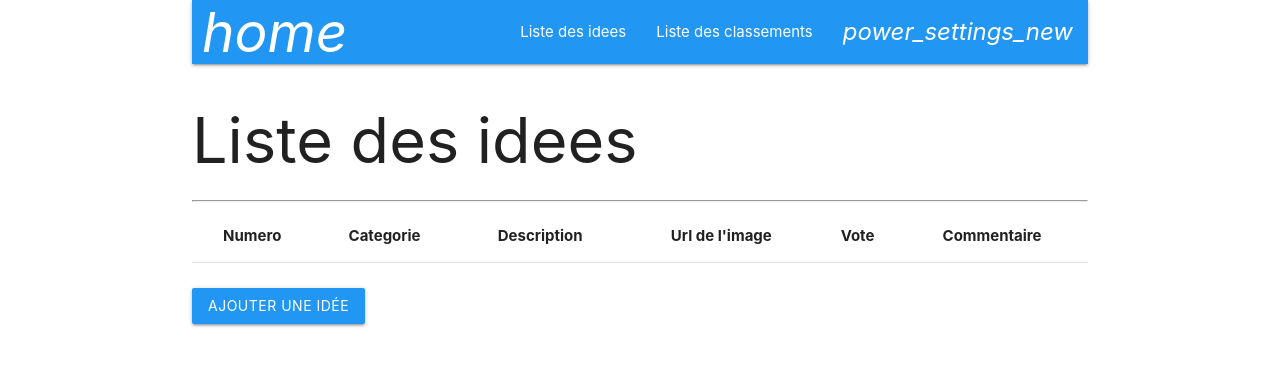
Repository: thdal/Atelier_JEE_16_02
Page: http://localhost/Atelier_JEE_16_02/WEB-INF/pages/IdeeInnovante/ListIdee.jsp
The author's editor kept a copy of each file at every save. The page is drawn from the files as they stood at one save, then again after the next save.
The browser window is 1280 px wide. The pictures show the whole page.
The page is served by Tomcat 9. Nobody is signed in. Other server files are loaded and not shown. The template is opened directly, without the code that normally fills it, so the values that code supplies are empty.

Above is the page before, as saved 2021-02-27 14:07:48.

### Atelier_JEE_16_02/src/main/webapp/WEB-INF/pages/IdeeInnovante/ListIdee.jsp
<%@ page language="java" contentType="text/html; charset=ISO-8859-1" pageEncoding="ISO-8859-1"%>
 <%@ taglib prefix="c" uri="http://java.sun.com/jsp/jstl/core" %>
 <%@ taglib prefix="fmt" uri="http://java.sun.com/jsp/jstl/fmt" %>
<!DOCTYPE html>
<html>
<head>
<meta charset="ISO-8859-1">
<title>Liste des idees</title>
</head>
<body>
<div class="container">
<%@include file="../commons/MenuNavBar.jsp" %>
<h1>Liste des idees</h1>
<hr>
<table class="centered">
   <thead>
       <tr>
           <th>Numero</th>
           <th>Categorie</th>
           <th>Description</th>
           <th>Url de l'image</th>
           <th>Vote</th>
           <th>Commentaire</th>

       </tr>
   </thead>
   <tbody>
    <c:forEach items="${IdeesList}" var="i" varStatus="loop">
	    <tr>
	    	<td><c:out value="${loop.index + 1}"/>
	        <td><c:out value="${i.categorie}"/></td>
	        <td><c:out value="${i.description}"/></td>
	        <td><img style="max-width: 200px; max-height:200px" src="${i.image}"/></td>
	        <td>
	        <!-- Ici débute notre grousse boucle d'affichage des votes  -->
	        <!-- Premier contrôle si notre liste de vote est null  -->
	        <c:if test="${empty i.vote }">
	        							<!-- Un utilisateur ne peut pas voter pour sa propre idée + controle date moins 7 jours après création de l'idée -->
	        							<!-- Sinon affichage des boutons top et flop pour voter : otherwise -->
										<c:choose>
										    <c:when test="${i.user.id eq sessionScope.SessionID || dateIdee.time  > dateIdee.time + 86400000 * 7 }">
										       <form style="display:inline;" action="idees?action=vote" method="post">
									        		<input type="hidden" name="ideeId" value="${i.id}"/>
													<input type="hidden" name="vote" value="1"/>
													<button style="cursor:pointer" class="btn waves-effect waves-light disabled" type="submit" name="action">Top
													    <i class="material-icons right">thumb_up</i>
													 </button>
												</form>
												<form style="display:inline;" action="idees?action=vote" method="post">
									        		<input type="hidden" name="ideeId" value="${i.id}"/>
													<input type="hidden" name="vote" value="2"/>
													<button style="cursor:pointer" class="btn waves-effect waves-light disabled" type="submit" name="action">Flop
													    <i class="material-icons right">thumb_down</i>
													</button>
												</form>
										    </c:when>
										    <c:otherwise>
										        <form style="display:inline;" action="idees?action=vote" method="post">
									        		<input type="hidden" name="ideeId" value="${i.id}"/>
													<input type="hidden" name="vote" value="1"/>
													<button style="cursor:pointer" class="btn waves-effect waves-light blue" type="submit" name="action">Top
													    <i class="material-icons right">thumb_up</i>
													 </button>
												</form>
												<form style="display:inline;" action="idees?action=vote" method="post">
									        		<input type="hidden" name="ideeId" value="${i.id}"/>
													<input type="hidden" name="vote" value="2"/>
													<button style="cursor:pointer" class="btn waves-effect waves-light blue" type="submit" name="action">Flop
													    <i class="material-icons right">thumb_down</i>
													</button>
												</form>
										    </c:otherwise>
										</c:choose>
									</c:if>
			<!-- notre idée a bien des votes enregistrés on fait nos contrôle -->
			<c:if test="${!empty i.vote }">
									<!-- L'utilisateur a déjà voté pour cette idée : affichage du set -->
									<c:forEach items="${i.vote}" var="v" varStatus="loop">
											  <c:if test="${v.idee.id == i.id || dateIdee.time > dateIdee.time + 86400000 * 7 }">
													<c:if test="${v.user.id eq sessionScope.SessionID}">
														<c:set var="found" value="1" />
														<c:choose>
														    <c:when test="${v.labelVote == 1 }">
														        <button style="cursor:pointer" class="btn waves-effect waves-light blue disabled" type="submit" name="action">Top
															    <i class="material-icons right">thumb_up</i>
															 </button>
														    </c:when>
														    <c:otherwise>
														        <button style="cursor:pointer" class="btn waves-effect waves-light blue disabled" type="submit" name="action">Flop
																    <i class="material-icons right">thumb_down</i>
																</button>
														    </c:otherwise>
														</c:choose>
													</c:if>
												</c:if>
									 </c:forEach>
									<!-- Notre utilisateur n'a pas voté pour cette question :  -->
									<c:if test="${found ne 1}">
										<!-- Un utilisateur ne peut pas voter pour sa propre idée + controle date moins 7 jours après création de l'idée -->
										<!-- Sinon affichage des boutons top et flop pour voter : otherwise -->
										<c:choose>
											    <c:when test="${i.user.id eq sessionScope.SessionID || dateIdee.time > dateIdee.time + 86400000 * 7 }">
											       <form style="display:inline;" action="idees?action=vote" method="post">
										        		<input type="hidden" name="ideeId" value="${i.id}"/>
														<input type="hidden" name="vote" value="1"/>
														<button style="cursor:pointer" class="btn waves-effect waves-light disabled" type="submit" name="action">Top
														    <i class="material-icons right">thumb_up</i>
														 </button>
													</form>
													<form style="display:inline;" action="idees?action=vote" method="post">
										        		<input type="hidden" name="ideeId" value="${i.id}"/>
														<input type="hidden" name="vote" value="2"/>
														<button style="cursor:pointer" class="btn waves-effect waves-light disabled" type="submit" name="action">Flop
														    <i class="material-icons right">thumb_down</i>
														</button>
													</form>
											    </c:when>
											    <c:otherwise>
											        <form style="display:inline;" action="idees?action=vote" method="post">
										        		<input type="hidden" name="ideeId" value="${i.id}"/>
														<input type="hidden" name="vote" value="1"/>
														<button style="cursor:pointer" class="btn waves-effect waves-light blue" type="submit" name="action">Top
														    <i class="material-icons right">thumb_up</i>
														 </button>
													</form>
													<form style="display:inline;" action="idees?action=vote" method="post">
										        		<input type="hidden" name="ideeId" value="${i.id}"/>
														<input type="hidden" name="vote" value="2"/>
														<button style="cursor:pointer" class="btn waves-effect waves-light blue" type="submit" name="action">Flop
														    <i class="material-icons right">thumb_down</i>
														</button>
													</form>
											    </c:otherwise>
										</c:choose>
									</c:if>
				</c:if>
				<!-- Variable repasse à false (utilisateur a voté?) -->
				<c:set var="found" value="0" />
				</td><!-- Fin boucle votes  -->
		       <td>
		       <form action="idees?action=comment" method="post">
		       		<div style="display:inline;" class="input-field">
						<div  class="input-field">
				          <textarea style="margin:0;" name="comment" id="textarea1" class="materialize-textarea"></textarea>
				          <label for="textarea1">Commentaire</label>
				          </div>
				          <div style="display:inline;">
				  			<input type="hidden" name="ideeId" value="${i.id}"/>
				  			<button style="cursor:pointer" class="btn waves-effect waves-light orange" type="submit" name="action"><i class="material-icons center">done</i></button>
				  	  	</div>
			         </div>
			    </form>
			</td>
		</tr>
	</c:forEach>
    </tbody>
 </table>

<a style="margin-top:25px" class="waves-effect waves-light btn blue " href="idees?action=create">Ajouter une idée</a>

</div>
</body>
<script>
document.addEventListener('DOMContentLoaded', function() {
    var elems = document.querySelectorAll('select');
    var instances = M.FormSelect.init(elems);
});
</script>
</html>

### Atelier_JEE_16_02/src/main/webapp/WEB-INF/pages/commons/MenuNavBar.jsp
<head>
    <link rel="stylesheet" href="https://cdnjs.cloudflare.com/ajax/libs/materialize/1.0.0/css/materialize.min.css">
	  <link href="https://fonts.googleapis.com/icon?family=Material+Icons" rel="stylesheet">
	   <%@ taglib prefix="c" uri="http://java.sun.com/jsp/jstl/core" %>

</head>

 <nav class="blue">
    <div class="nav-wrapper">
      <a href="home" class="brand-logo"><i style="margin-left:10px; font-size:55px" class="large material-icons">home</i></a>
      <ul id="nav-mobile" class="right hide-on-med-and-down">
        <c:if test="${ sessionScope.Admin }">
        	<li><a href="user?action=list">Liste des utilisateurs</a></li>
    	</c:if>
        <li><a href="idees?action=list">Liste des idees</a></li>
        <li><a href="classements?action=list">Liste des classements</a></li>
        <li><a href="connexion"><i class="material-icons prefix">power_settings_new</i></a></li>

        <!-- <li><a href="users?action=list">Liste des utilisateurs</a></li>  -->
      </ul>
    </div>
  </nav>

    <script src="https://cdnjs.cloudflare.com/ajax/libs/materialize/1.0.0/js/materialize.min.js"></script>

After the next save:
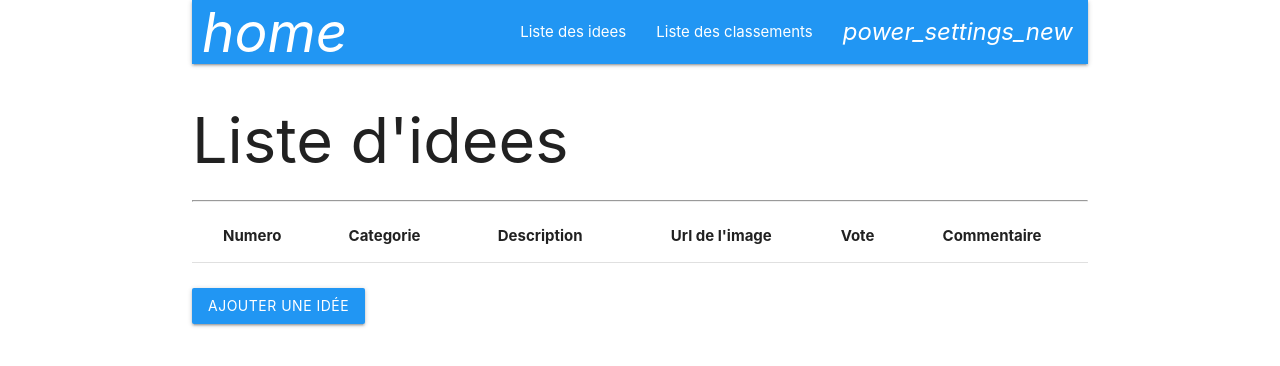
Saved 17 min 15 s later.
--- a/Atelier_JEE_16_02/src/main/webapp/WEB-INF/pages/IdeeInnovante/ListIdee.jsp
+++ b/Atelier_JEE_16_02/src/main/webapp/WEB-INF/pages/IdeeInnovante/ListIdee.jsp
@@ -10,7 +10,7 @@
 <body>
 <div class="container">
 <%@include file="../commons/MenuNavBar.jsp" %>
-<h1>Liste des idees</h1>
+<h1>Liste d'idees</h1>
 <hr>
 <table class="centered">
    <thead>
